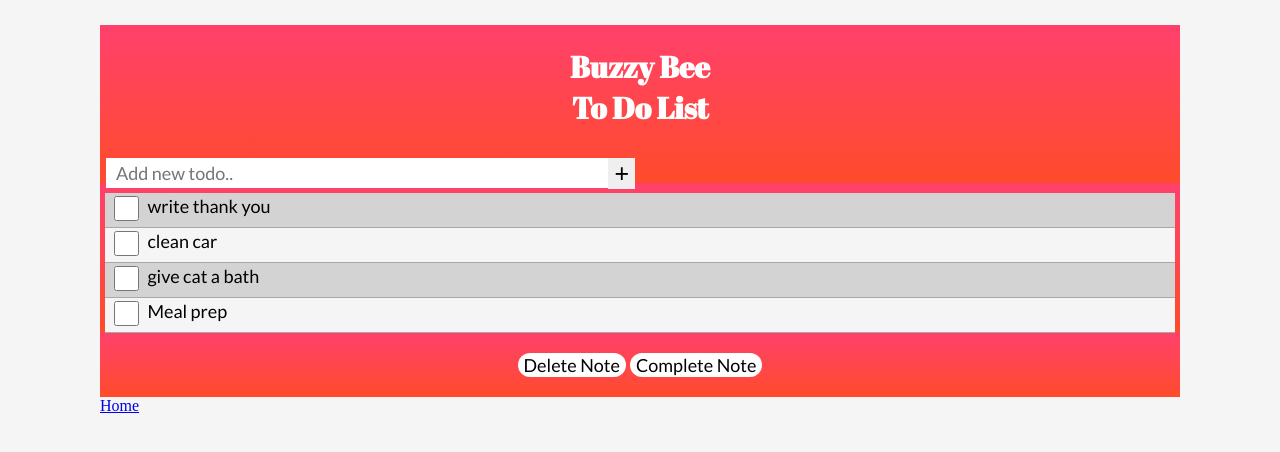
Repository: seleniadelgado/backend-spring2020-angie
Page: projects/todo/public_html/index.html
An editor plug-in stored every save of this project. The page is shown before and after the next save, followed by the edit.
The browser window is 1280 px wide. The pictures show the whole page.
The page's requests for data from a server got no answer.

Above is the page before, as saved 2020-05-13 17:45:00.

### projects/todo/public_html/index.html
<!DOCTYPE html>

<html lang="en">
    <head>
        <meta charset="utf-8">
        <title>Buzzy Bee - To Do List</title>
        <meta name="description" content="The HTML5 Herald">
        <meta name="author" content="SitePoint">
        <link rel="stylesheet" href="styles.css">
        <link href="https://fonts.googleapis.com/css2?family=Abril+Fatface&family=Lato&display=swap" rel="stylesheet">
        <script
            src="https://code.jquery.com/jquery-3.5.0.min.js"
            integrity="sha256-xNzN2a4ltkB44Mc/Jz3pT4iU1cmeR0FkXs4pru/JxaQ="
            crossorigin="anonymous">
        </script>
</head>
<body>
    <main>
    <div class="sectionTitle">
        <div class="appTitle">
            <h2>Buzzy Bee <br> To Do List</h2>
        </div>
        <div id="addNote">
            <input type="text" id="newNote" placeholder="Add new todo..">
            <button id="addBtn" type="button">+</button>
        </div>
    </div>
    <div class="todoList">
        <ul id="myList">
            <li><label class="container"><input type="checkbox"><span class="checkmark">write thank you</span></label></li>
            <li><label class="container"><input type="checkbox"><span class="checkmark">clean car</span></label></li>
            <li><label class="container"><input type="checkbox"><span class="checkmark">give cat a bath</span></label></li>
            <li><label class="container"><input type="checkbox"><span class="checkmark">Meal prep</span></label></li>
        </ul>
    </div>
    <div class="buttonsArea">
        <button type="button">Delete Note</button>
        <button type="button">Complete Note</button>
    </div>

</main>




















    <a href="http://localhost:3000/">Home</a>



    <script>
        $(document).ready(() => {
            let objectToSend = {
                note: "Do somethings",
                author: "Nick"
            }

            $.post("http://localhost:3000/newNote", objectToSend, (dataToGet) => {
                console.log(dataToGet);
            });
            $.post("http://localhost:3000/readNotes", {}, (dataToGet) => {
                let allNotesArray = dataToGet.notes;

                console.log(allNotesArray);
            })
        })

        //import the data from default user
        // make JSON into JS with parse.
        //with the list we want to populate our ul.
        //use jquery to access the dom, grab the string
        //loop over notes
        //add the note as an li to the ul
        //  Create li with jquery.
        //  target the ul with jquery and append the li.
        //note: $('<li></li>'')
        //      $('ul') -> a jquery list which holds the ul.
        //      get 1st element from the array

    </script>
</body>
</html>

### projects/todo/public_html/styles.css
:root {
    --main-color: linear-gradient(#FF416C, #FF4B2B);
    --background-color: whitesmoke;
    --title-font: 'Abril Fatface', cursive, sans-serif;
    --list-font: 'Lato', sans-serif;
    --font-size-title: 20px;
    --font-size-list-item: 18px;
}

html {
    background: var(--background-color);
    height: 100%;
}
* {
    box-sizing: border-box;
}
body {
    margin: 0px 100px 75px 100px;
    background-color: var(--main-color);
}

.sectionTitle {
    background: var(--main-color);
    text-align: center;
    border: none;
    margin-top: 0%;
    font-family: var(--title-font);
    font-size: var(--font-size-title);
}

.appTitle h2 {
    color: white;
    padding-top: 2%;
}
#addNote {
    display: flex;
    align-items: start;
    padding: 5px;
    height: 30px;
    width: 50%;
    font-family: 'Gill Sans', 'Gill Sans MT', Calibri, 'Trebuchet MS', sans-serif;

}
#addBtn {
    margin-left: 0%;
    font-size: 25px;
    color: none;
    border: none;
}
#addBtn:hover {
    cursor: pointer;
    background-color: pink;
}
#newNote {
    border: none;
    width: 1000px;
    height: 150%;
    font-size: 24px;
    font-family: var(--list-font);
    font-size: var(--font-size-list-item);
    padding-left: 10px;
    margin-left: 1px;
}
.todoList {
    display: flex;
    align-content: center;
    justify-content: center;
    background: linear-gradient(#FF416C, #FF4B2B);
    padding-top: 10px;
}
#myList li:nth-child(odd) {
    background: lightgray;
  }

#myList {
    list-style: none;
    padding: 0px;
    margin-top: 0px;
    margin-bottom: 0px;
    background-color: var(--main-color);
    width: 99%;
}

#myList li {
    cursor: pointer;
    height: 35px;
    border-bottom: 1px solid darkgray;
    background-color: whitesmoke;
    padding-left: 5px;
    font-family: var(--list-font);
    font-size: var(--font-size-list-item);
    margin: auto;

}
.container input {
    cursor: pointer;
    user-select: none;
    opacity: 50;
    height: 25px;
    width: 25px;
    position: relative;
}
.container:hover input ~ .checkmark {
    background-color: pink;
  }
/* When the checkbox is checked, add a strike */
.container input:checked ~ .checkmark {
    text-decoration: line-through;
}

.checkmark {
    padding-left: 5px;
    position: absolute;
    padding-top: 2px;
}

.buttonsArea {
    background: var(--main-color);
    text-align: center;
    padding: 20px;
}
.buttonsArea button {
    background-color: white;
    border: none;
    font-family: var(--list-font);
    font-size: var(--font-size-list-item);
    border-radius: 130px;
}
.buttonsArea button:hover {
    background-color: pink;
    border-radius: 130px;
    cursor: pointer;
}

After the next save:
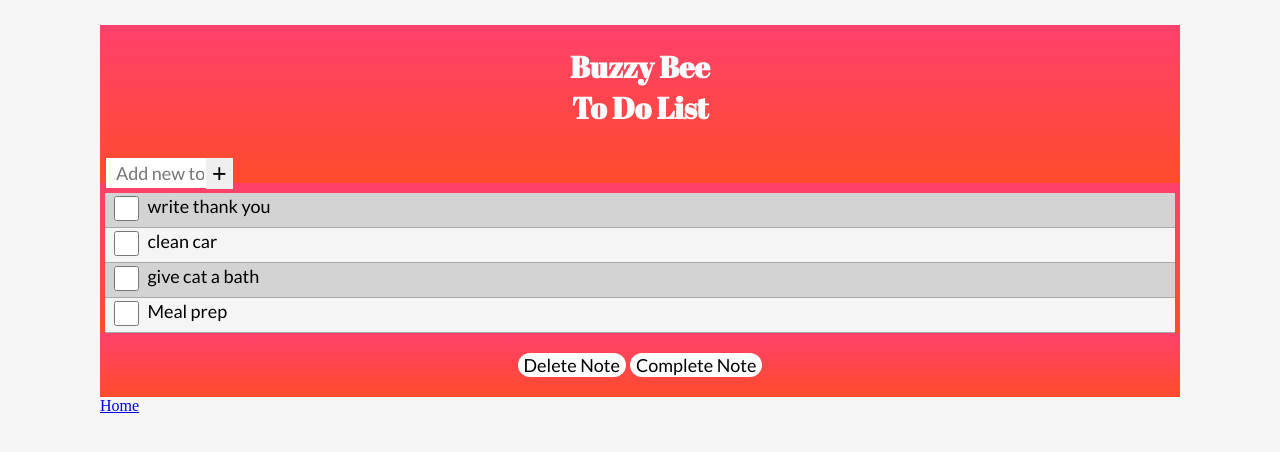
Saved 21 s later.
--- a/projects/todo/public_html/styles.css
+++ b/projects/todo/public_html/styles.css
@@ -53,9 +53,8 @@ body {
 }
 #newNote {
     border: none;
-    width: 1000px;
+    width: 100px;
     height: 150%;
-    font-size: 24px;
     font-family: var(--list-font);
     font-size: var(--font-size-list-item);
     padding-left: 10px;

After the save that followed:
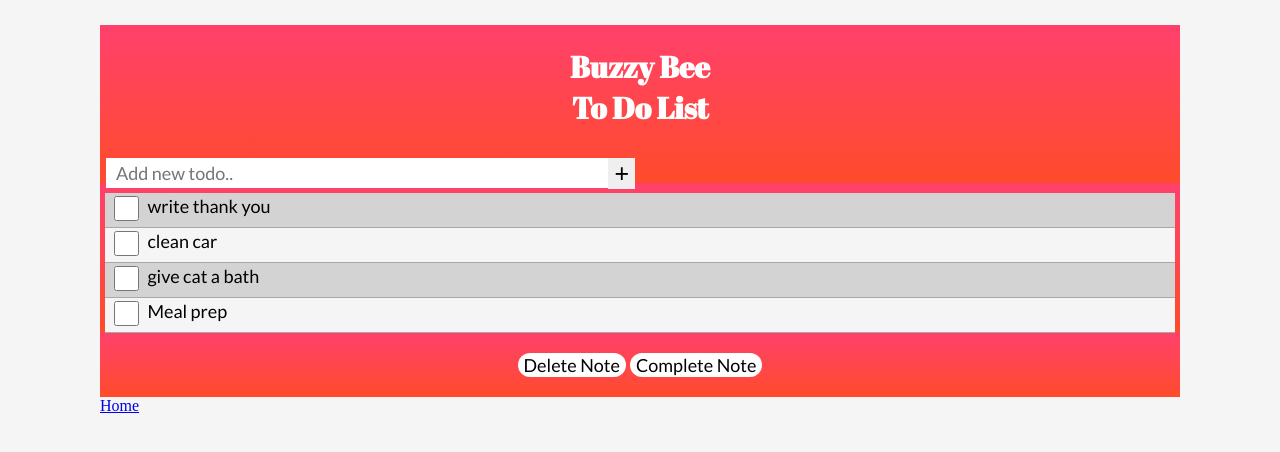
Saved 13 s later.
--- a/projects/todo/public_html/styles.css
+++ b/projects/todo/public_html/styles.css
@@ -53,7 +53,7 @@ body {
 }
 #newNote {
     border: none;
-    width: 100px;
+    width: 100%;
     height: 150%;
     font-family: var(--list-font);
     font-size: var(--font-size-list-item);
